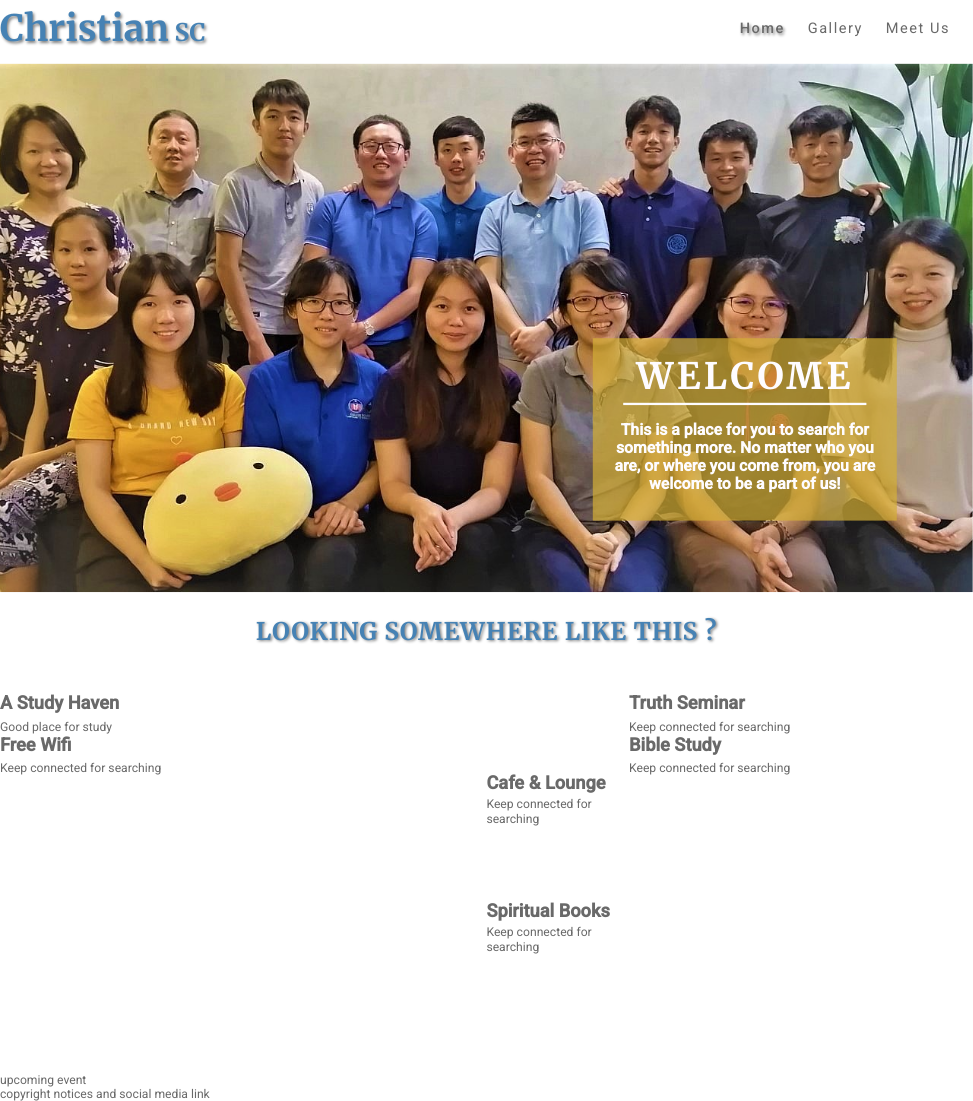
Repository: kongteckmee/christian-sc
Page: index.html
The author's editor kept a record of every edit. The page is drawn from the files as they stood at one moment, then again after the next edit.
The browser window is 1280 px wide. The pictures show the whole page, at 76% of full size.

Above is the page before.

### index.html
<!DOCTYPE html>
<html lang="en">
<head>
    <meta charset="UTF-8">
    <meta name="viewport" content="width=device-width, initial-scale=1.0">
    <meta http-equiv="X-UA-Compatible" content="ie=edge">
    <link rel="stylesheet" href="assets/css/style.css" type="text/css" />
    <title>Christian Student Center</title>
</head>
<body>
    <header>
        <a id="logo" href="index.html">
            <h2><span style="font-size: 150%">Christian</span> SC</h2>
        </a>
        <nav>
            <ul id="scmenu">
                <li>
                    <a href="#">Meet Us</a>
                </li>
                <li>
                    <a href="#">Gallery</a>
                </li>
                <li>
                    <a class="scactive" href="index.html">Home</a>
                </li>
            </ul>
        </nav>
    </header>
    <section id="scmeetingrange">
        <div id="scmeeting"></div>
        <div id="welcome-text">
            <h1>Welcome</h1>
            <hr>
            <h3>This is a place for you to search for something more. No matter who you are, or where you come from, you are welcome to be a part of us!</h2>
        </div>
    </section>
    <section id="about">
        <h1>Looking Somewhere Like This ?</h1>
        <div id="left">
            <div class="left-right-side">
                <h2>A Study Haven</h2>
                <br>
                <p>Good place for study</p>
            </div>
            <div id="container">
                <div id="contain-study"></div>
            </div>
            <div class="left-right-side">
                <h2>Free Wifi</h2>
                <br>
                <p>Keep connected for searching</p>
            </div>
            <div id="container">
                <div id="contain-wifi"></div>
            </div>
        </div>
        <div id="right">
            <div class="left-right-side">
                <h2>Truth Seminar</h2>
                <br>
                <p>Keep connected for searching</p>
            </div>
            <div id="container">
                <div id="contain-seminar"></div>
            </div>
            <div class="left-right-side">
                <h2>Bible Study</h2>
                <br>
                <p>Keep connected for searching</p>
            </div>
            <div id="container">
                <div id="contain-bible"></div>
            </div>
        </div>
        <div id="center">
            <div class="middle">
                <h2>Cafe & Lounge</h2>
                <br>
                <p>Keep connected for searching</p>
            </div>
            <div id="container">
                <div id="contain-cafe"></div>
            </div>
            <div class="middle">
                <h2>Spiritual Books</h2>
                <br>
                <p>Keep connected for searching</p>
            </div>
            <div id="container">
                <div id="contain-books"></div>
            </div>
        </div>
    </section>
    <section>
        upcoming event
    </section>
    <footer>
        copyright notices and social media link
    </footer>
</body>
</html>

### assets/css/style.css
@import url('https://fonts.googleapis.com/css?family=Merriweather:500,600,700|Roboto:300,400,500');

* {
    margin: 0;
    padding: 0;
    border: 0;
}

body {
    font-family: 'Roboto', sans-serif;
    color: #696969; /*Grey color */
}

/* ------------------------------------------------------ Header */

#logo {
    float: left;
    text-decoration: none;
}

#logo h2 {
    font-family: 'Merriweather', serif;
    font-size: 200%;
    color: #4682b4; /* Steel Blue color */
    text-shadow: 2px 2px 4px #808080;
}

#scmenu {
    font-size: 120%;
    list-style-type: none;
    letter-spacing: 2px;
}

#logo, #scmenu {
    line-height: 75px;
}

#scmenu li {
    float: right;
    margin-right: 30px;
}

#scmenu a {
    text-decoration: none;
    color: inherit;
}

#scmenu a:hover {
    color: #4682b4; /* Steel Blue color */
    font-weight: 500;
    text-shadow: 2px 2px 4px #808080;
}

.scactive {
    font-weight: 500;
    text-shadow: 2px 2px 4px #808080;
}

/* ------------------------------------------------------ Section: Welcome */

#scmeeting {
    height: 700px;
    width: 100%;
    background: url("../img/meeting-t.jpg") no-repeat center center
}

#scmeetingrange {
    height: 700px;
    width: 100%;
    overflow: hidden;
}

#welcome-text {
    width: 400px;
    height: 220px;
    color: #fefcff; /* Milky white */
    background-color: rgba(212,175,55,.7);
    padding-top:20px;
    bottom: 35px; /* Fixed the welcome text box-bottom */
    right: 100px; /* Fixed the welcome text box-right */
    position: absolute;
}

#welcome-text h1 {
    margin-bottom: 5px;
    font-size: 300%;
    font-family: 'Merriweather', serif;
    text-transform: uppercase;
    text-align: center;
    letter-spacing: 4px;
}

hr {
    width: 80%;
    height: 3px;
    margin-left: auto;
    margin-right: auto;
    background-color:#fefcff; /* Milky white */
}

#welcome-text h3 {
    margin: 20px;
    font-size: 130%;
    font-family: 'Roboto', sans-serif;
    text-align: center;
}

/* ------------------------------------------------------ Section: About */

#about {
    height: 600px;
}

#about h1 {
    margin-top: 30px;
    margin-bottom: 30px;
    font-family: 'Merriweather', serif;
    color: #4682b4; /* Steel Blue color */
    text-transform: uppercase;
    text-align: center;
    text-shadow: 2px 2px 4px #808080;
    font-size: 200%;
    letter-spacing: 1px;
}

#left {
    margin-right: 30px;
    padding-top: 30px;
    width: 33%;
    float: left;
}

#right {
    margin-right: 30px;
    padding-top: 30px;
    width: 33%;
    float: right;
}

#center {
    padding-top: 30px;
    width: 33%;
    margin: 0 auto; /* center the div */
}

br {
    display: block;
    content: "";
    margin: 2em;
    font-size: 24%; /* spacing */
}

.left-side {
    width: 50%;
    float: right;
    line-height: 20px;
    clear: both;
    margin-bottom: 100px;
}

.right-side {
    width: 50%;
    float: right;
    line-height: 20px;
    clear: both;
    margin-bottom: 100px;
}

.middle {
    width: 50%;
    float: right;
    line-height: 20px;
    clear: both;
    margin-bottom: 100px;
}

/* ------------------------------------------------------ Section: Event */

/* ------------------------------------------------------ Footer */

After the next edit:
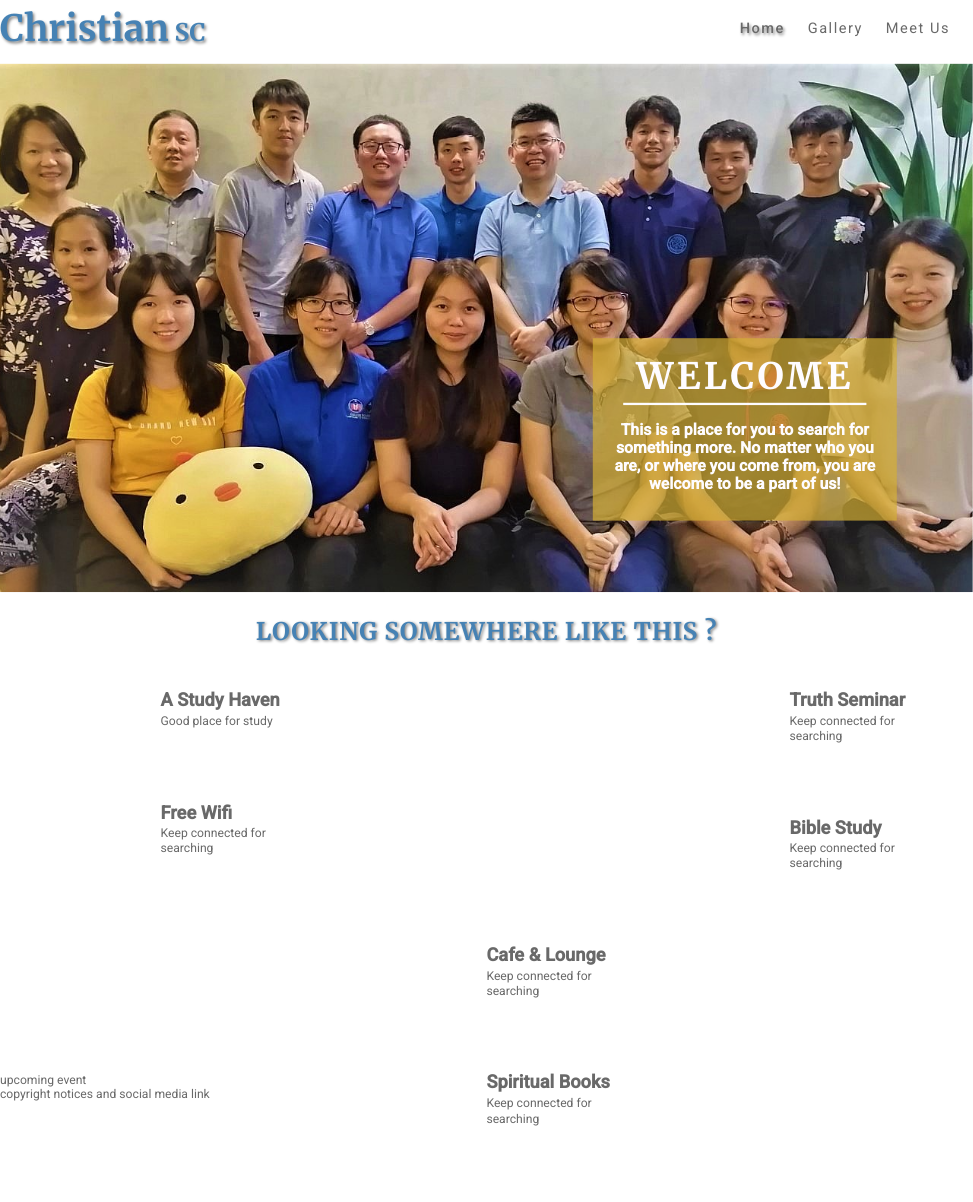
The edit:
--- a/assets/css/style.css
+++ b/assets/css/style.css
@@ -150,7 +150,7 @@
     font-size: 24%; /* spacing */
 }
 
-.left-side {
+.left-right-side {
     width: 50%;
     float: right;
     line-height: 20px;
